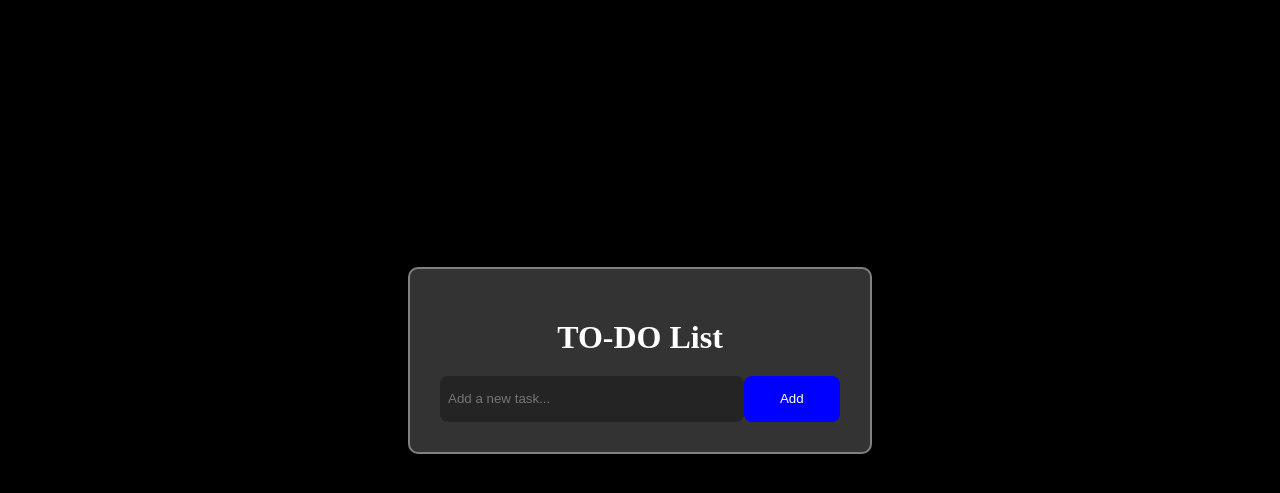
Repository: ksusmitha879-cyber/todo-list
Page: index.html
These files come from the project's save history. The page is drawn as it stood at one moment and after the next save; the edit follows.
The browser window is 1280 px wide. The pictures show the whole page.

Above is the page before, as saved 2025-11-28 02:32:49.

After the next save:
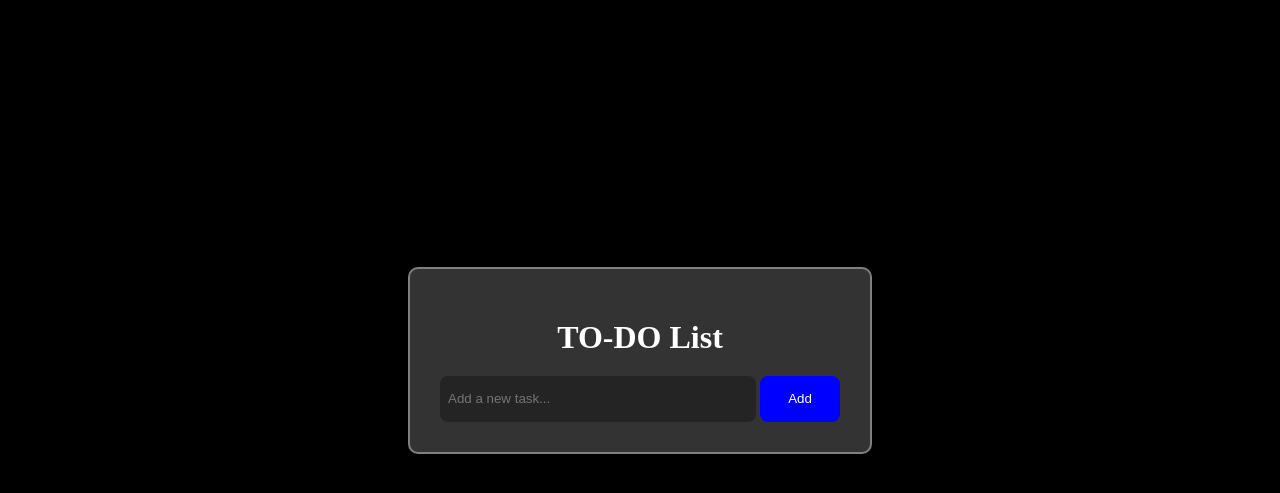
Saved 7 s later.
--- a/style.css
+++ b/style.css
@@ -43,7 +43,7 @@ input{
 .input-container button{
     background-color: blue;
     color: white;
-    width: 25%;
+    width: 20%;
     height: auto;
     border-radius: 8px;
     border-style: none;
